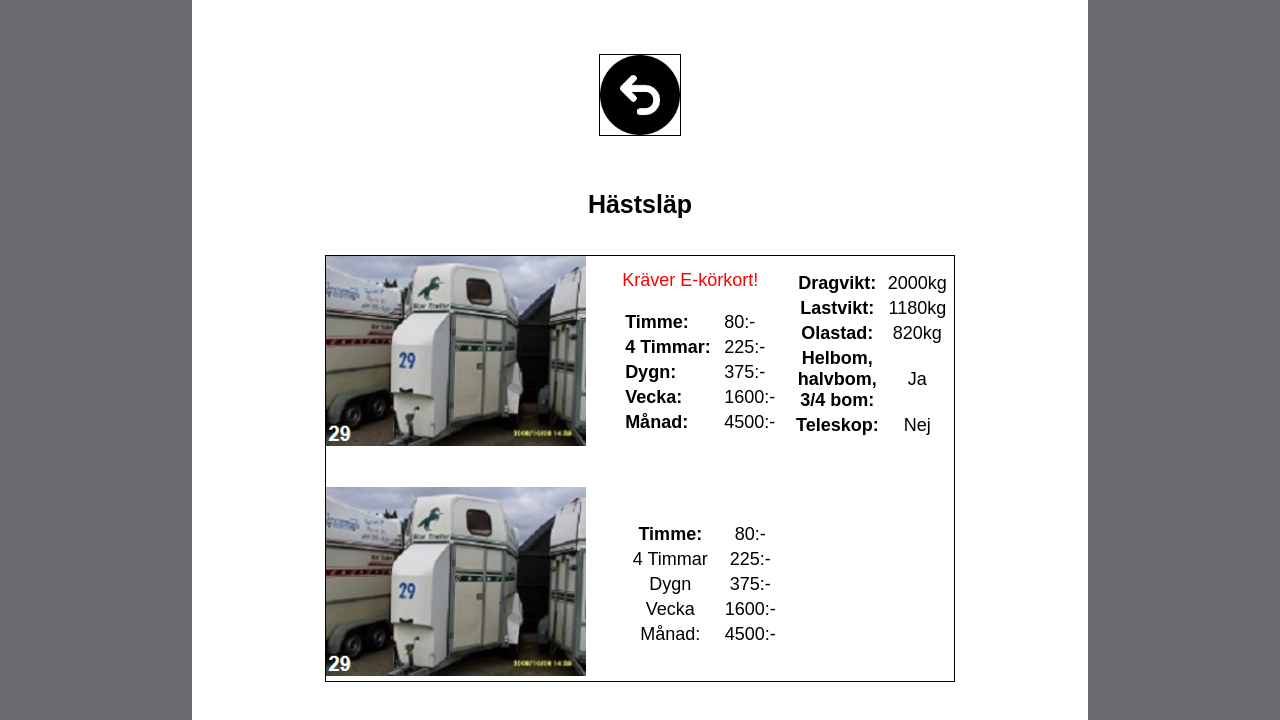
Repository: mirkbirki/mirkbirki.github.io
Page: hastslap.html
These files come from the project's save history. The page is drawn as it stood at one moment and after the next save; the edit follows.
The browser window is 1280 px wide. The pictures show the whole page.
An inner scrolling area shows only its first screen.

Above is the page before, as saved 2022-12-15 10:00:08.

### hastslap.html
<!DOCTYPE html>
<html lang="en">
<head>
    <meta charset="UTF-8">
    <meta name="viewport" content="width=device width, initial-scale=1.0">
    <title>Uthyrning Hovs släputhyrning</title>
    <link rel="stylesheet" href="styles.css">
</head>
<body>
    <div class="page-scroll">
        <div class="return-button">
            <a href="uthyrning.html"><img class="return" src="return.png"></a>
        </div>
        <div class="hastslap-info">
        <h1>Hästsläp</h1>
        <div class="hastslap-grid">
            <div class="hastslap-1">
                <img class="slap-img" src="hastslap1.png">
            </div>
            <div class="hastslap-2">
                <p class="red">Kräver E-körkort!</p>
                <table class="uthyrning-table">
                    <tr>
                        <td class="bold">Timme:</td>
                        <td class="slap">80:-</td>
                    </tr>
                    <tr>
                        <td class="bold">4 Timmar:</td>
                        <td class="slap">225:-</td>
                    </tr>
                    <tr>
                        <td class="bold">Dygn:</td>
                        <td class="slap">375:-</td>
                    </tr>
                    <tr>
                        <td class="bold">Vecka:</td>
                        <td class="slap">1600:-</td>
                    </tr>
                    <tr>
                        <td class="bold">Månad:</td>
                        <td class="slap">4500:-</td>
                    </tr>
                </table>
            </div>
            <div class="hastslap-3">
                <p>&nbsp;</p>
                <table class="uthyrning-table">
                    <tr>
                        <td class="bold">Dragvikt:</td>
                        <td class="slap">2000kg</td>
                    </tr>
                    <tr>
                        <td class="bold">Lastvikt:</td>
                        <td class="slap">1180kg</td>
                    </tr>
                    <tr>
                        <td class="bold">Olastad:</td>
                        <td class="slap">820kg</td>
                    </tr>
                    <tr>
                        <td class="bold">Helbom, halvbom, 3/4 bom:</td>
                        <td class="slap">Ja</td>
                    </tr>
                    <tr>
                        <td class="bold">Teleskop:</td>
                        <td class="slap">Nej</td>
                    </tr>
                </table>
            </div>
            <div class="hastslap-4">
                <img class="slap-img" src="hastslap1.png">
            </div>
            <div class="hastslap-5">
                <table class="uthyrning-table">
                    <tr class="slap">
                        <td class="bold">Timme:</td>
                        <td>80:-</td>
                    </tr>
                    <tr>
                        <td>4 Timmar</td>
                        <td>225:-</td>
                    </tr>
                    <tr>
                        <td>Dygn</td>
                        <td>375:-</td>
                    </tr>
                    <tr>
                        <td>Vecka</td>
                        <td>1600:-</td>
                    </tr>
                    <tr>
                        <td>Månad:</td>
                        <td>4500:-</td>
                    </tr>
                </table>
            </div>
        </div>
    </div>
</body>
</html>

### styles.css
* {
    font-family: arial,sans-serif;
    font-size: 18px;
}

html {
    height: 100%;
    margin: auto;
}

body {
    height: 100%;
    margin: 0;
    background-color: #505055d7;
}

.page {
    position: fixed;
    top: 0;
    left: 15%;
    width: 70%;
    height: 100%;
    margin: 0 auto;
    padding: 0;
    background-color: rgb(255, 255, 255);
}

.page-scroll {
    position: fixed;
    top: 0;
    left: 15%;
    width: 70%;
    height: 100%;
    margin: 0 auto;
    padding: 0;
    background-color: rgb(255, 255, 255);
    overflow-y: scroll;
}

/* HEADER */

header {
    margin: 0 auto;
}

.header {
    margin: 0 auto;
    text-align: center;
}

header img {
    margin: 2rem auto 0.5rem auto;
}

.nav {
    width: 65%;
    margin: 0 auto;
    display: flex;
    gap: 3rem;
    justify-content: center;

}

.nav a {
    text-decoration: underline;
    color: rgb(0, 0, 0);
    font-size: 20px;
    font-weight: 600;
    padding: 0.5rem;
}

.nav a:hover {
    color: #ff0000;
}

.nav .active {
    background-color: #3271ce4b;
    height: min-content;
}

/* MAIN CONTENT */

main {
    text-align: center;
    width: 57%;
    margin: 0 auto;
}

/* DESCRIPTION */

main h1 {
    font-size: 25px;
    text-align: center;
    margin: 3rem auto 0 auto;
}

main h1 a {
    text-decoration: none;
    font-size: 25px;
    color: black;
}

main h1 a:hover {
    color: #ff0000;
}

.p-link {
    text-decoration: none;
    color: #000000;
}

.p-link:hover {
    color: #ff0000;
}

main p {
    font-size: 18px;
    text-align: left;
    margin: 0 auto;
    word-spacing: 0.2rem;
    line-height: 1.8rem;
    margin: 0.5rem auto 2rem auto;
    background-color: #54585a41;
    padding: 0.5rem 0 0.5rem 1rem;
    color: #000000;
}

main h2 {
    font-size: 22px;
    margin: 3rem auto 1rem auto;
}

.info-box {
    text-align: left;
    margin: 0 auto;
    word-spacing: 0.2rem;
    line-height: 1.8rem;
    margin: 3rem auto 3rem auto;
    background-color: #54585a41;
    padding: 0.5rem 0 0.5rem 1.5rem;
    color: #000000;
}

.info-box h2 {
    margin: 0.5rem auto 1rem auto;
}

.info-box p {
    background-color: #ffffff00;
    margin: 0;
    padding: 0 0.3rem 0.5rem 0;
}

.info-box ul {
    list-style-type: square;
    padding-left: 1rem;
}

.info-box li {
    padding: 0;
}

/* WORKING HOURS AND LOCATION */

.flex-hours-location {
    display: flex;
    gap: 3rem;
    margin: 3.5rem auto 0 auto;
    justify-content: center;
    width: 100%;
}

.flex-hours-location-contact {
    display: flex;
    gap: 3rem;
    margin: 3rem auto 0 auto;
    justify-content: center;
    width: 100%;
}

.hours {
}

.oppettider {
    width: 300px;
    height: 304px;
    border: 2px #24247c;
    border-radius: 0.5rem;
    padding: 2rem;
    background-color: #4343e9;
    color: rgb(255, 255, 255);
}

.oppettider-th {
    padding-bottom: 1rem;
    font-size: 34px;
    letter-spacing: 0.1rem;
    text-shadow: 4px 3px 3px #000000;
}

.oppettider-tr-td {
    font-size: 20px;
    font-weight: bold;
    letter-spacing: 0.05rem;
    text-shadow: 4px 3px 3px #000000;
}


.location-map {
    margin: 2rem auto;
    width: 600px;
    height: 350px;
}

.location-map iframe {
    width: 600px;
    height: 350px;
    border: 2px solid #1d1d6338;
    border-radius: 0.5rem;
}

.contact-location {
    width: 50%;
}

.flex-hours-location-contact h2 {
    margin: 0 auto 1.5rem auto;
}

.contact-call {
    width: 50%;
}

.contact-call a {
    text-decoration: none;
    color: black;
}

.contact-call a:hover {
    color: red;
}

.no-margin-top {
    margin-top: 0;
}

.location iframe {
    width: 300px;
    height: 300px;
    border: 2px solid #1d1d6338;
    border-radius: 0.5rem;
}

/* Uthyrning */

.uthyrning {
}

.uthyrning h1 {
    margin: 3rem auto 2rem auto;
}

.grid-container {
    display: grid;
    grid-template-columns: auto auto;
    margin: 0 auto 1.5rem auto;
    padding: 0;
    width: 100%;
    align-items: center;
}

.grid-container img {
    width: 100%;
    border-radius: 2rem;
    border: 4px solid #1d1d6338;
}

.grid-container figcaption {
    font-size: 20px;
    padding: 0.5rem;
}

.fig {

}

.fig:hover {
    border: 4px solid red;;
}

.grid-container a {
    text-decoration: none;
    color: black;
}

.grid-container a:hover {
    color: red;
}

.return {
    display: block;
    margin: 3rem auto;
    width: 80px;
    height: 80px;
    border: 1px solid black;
}

.hastslap-info {
    text-align: center;
}

.hastslap-info h1 {
    font-size: 25px;
    margin-bottom: 2rem;
}

.hastslap-grid {
    display: grid;
    grid-template-columns: auto auto auto;
    gap: 2rem;
    margin: 0 auto 1.5rem auto;
    padding: 0;
    width: 70%;
    align-items: center;
    border: 1px solid black;
}

.hastslap-1 {
}

.slap-img {
    width: 100%;
}

.red {
    color: red;
}

.hastslap-2 {
    margin-top: -1rem;
    text-align: left;
    width: fit-content;
}

.uthyrning-table {
    width: 9rem;
}

.slap {
}

.bold {
    font-weight: bold;
}

.hastslap-3 {
    margin-top: -3rem;
    width: fit-content;
    margin-left: -2rem;
}

.hastslap-3 ul {
    list-style-type: none;
    padding-left: 0;
    text-align: left;;
}

After the next save:
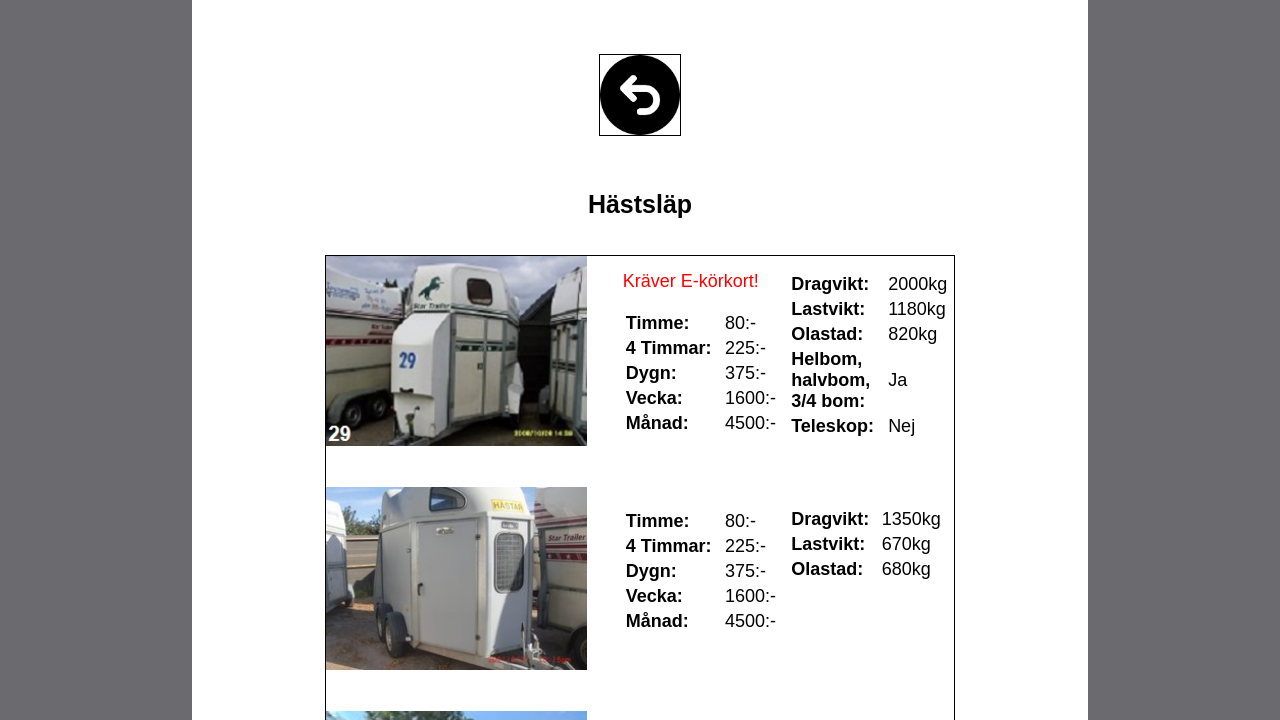
Saved 12 min 16 s later.
--- a/hastslap.html
+++ b/hastslap.html
@@ -68,7 +68,7 @@
                 </table>
             </div>
             <div class="hastslap-4">
-                <img class="slap-img" src="hastslap1.png">
+                <img class="slap-img" src="hastslap2.png">
             </div>
             <div class="hastslap-5">
                 <table class="uthyrning-table">
@@ -77,22 +77,41 @@
                         <td>80:-</td>
                     </tr>
                     <tr>
-                        <td>4 Timmar</td>
+                        <td class="bold">4 Timmar:</td>
                         <td>225:-</td>
                     </tr>
                     <tr>
-                        <td>Dygn</td>
+                        <td class="bold">Dygn:</td>
                         <td>375:-</td>
                     </tr>
                     <tr>
-                        <td>Vecka</td>
+                        <td class="bold">Vecka:</td>
                         <td>1600:-</td>
                     </tr>
                     <tr>
-                        <td>Månad:</td>
+                        <td class="bold">Månad:</td>
                         <td>4500:-</td>
                     </tr>
                 </table>
+            </div>
+            <div class="hastslap-6">
+                <table class="uthyrning-table">
+                    <tr>
+                        <td class="bold">Dragvikt:</td>
+                        <td class="slap">1350kg</td>
+                    </tr>
+                    <tr>
+                        <td class="bold">Lastvikt:</td>
+                        <td class="slap">670kg</td>
+                    </tr>
+                    <tr>
+                        <td class="bold">Olastad:</td>
+                        <td class="slap">680kg</td>
+                    </tr>
+                </table>
+            </div>
+            <div class="hastslap-7">
+                <img class="slap-img-portrait" src="hastslap3.png">
             </div>
         </div>
     </div>
--- a/styles.css
+++ b/styles.css
@@ -332,6 +332,10 @@ main h2 {
     width: 100%;
 }
 
+.slap-img-portrait {
+    width: 100%;
+}
+
 .red {
     color: red;
 }
@@ -357,10 +361,22 @@ main h2 {
     margin-top: -3rem;
     width: fit-content;
     margin-left: -2rem;
-}
-
-.hastslap-3 ul {
-    list-style-type: none;
-    padding-left: 0;
-    text-align: left;;
-}
+    text-align: left;
+}
+
+.hastslap-4 {
+
+}
+
+.hastslap-5 {
+    margin-top: -1rem;
+    text-align: left;
+    width: fit-content;
+}
+
+.hastslap-6 {
+    margin-top: -4rem;
+    width: fit-content;
+    margin-left: -2rem;
+    text-align: left;
+}
